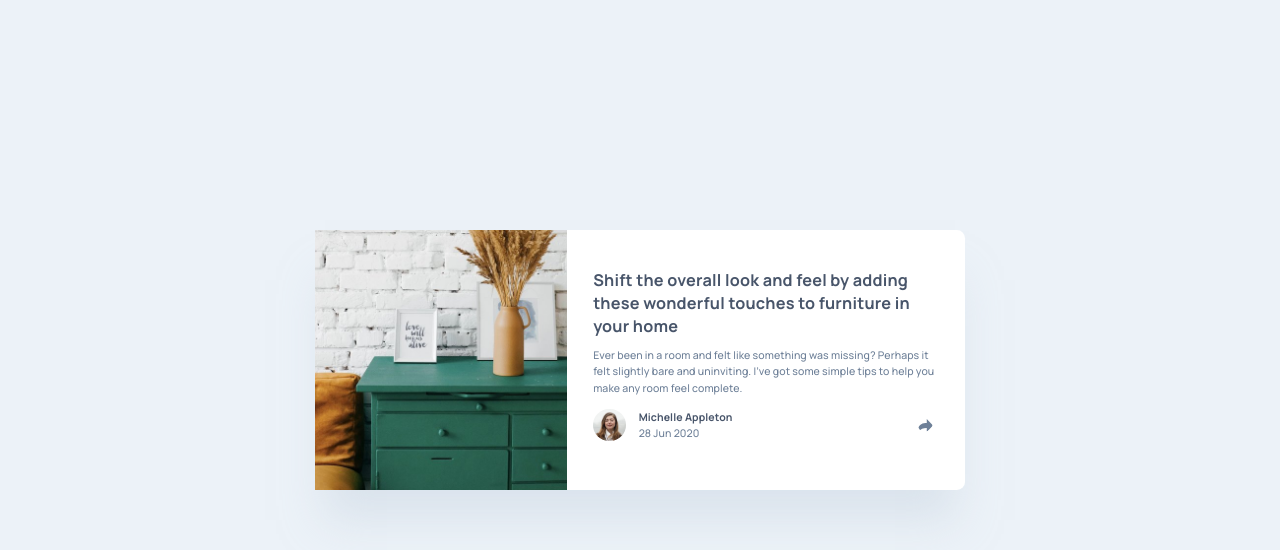
Repository: brandontaylor1/article-preview-component
Page: index.html
These files come from the project's save history. The page is drawn as it stood at one moment and after the next save; the edit follows.
The browser window is 1280 px wide. The pictures show the whole page.

Above is the page before, as saved 2025-01-15 20:57:21.

### index.html
<!DOCTYPE html>
<html lang="en">
<head>
    <meta charset="UTF-8">
    <meta name="viewport" content="width=device-width, initial-scale=1.0">
    <link rel="preconnect" href="https://fonts.googleapis.com">
    <link rel="preconnect" href="https://fonts.gstatic.com" crossorigin>
    <link href="https://fonts.googleapis.com/css2?family=Manrope:wght@200..800&display=swap" rel="stylesheet">
    <link rel="stylesheet" href="styles.css">
    <title>Article Preview Component</title>
</head>
<body>

    <div class="container">
        <main class="component">
            <div class="img-container">

            </div>
            <div class="component-content">
                <h2>Shift the overall look and feel by adding these wonderful touches to furniture in your home</h2>
                <p class="subheading">Ever been in a room and felt like something was missing? Perhaps it felt slightly bare and uninviting. I’ve got some simple tips to help you make any room feel complete.</p>
                    <div class="social-box">
                        <div class="social-info">
                            <img src="./assets/images/avatar-michelle.jpg" alt="Picture of User Michelle">
                            <div class="social-info-text">
                                <p>Michelle Appleton</p>
                                <p>28 Jun 2020</p>
                            </div>
                        </div>
                    <img src="./assets/images/icon-share.svg" class="share-btn" alt="Share Icon">

                    <div class="share-box closed-box">
                        <div class="share-box-details">
                            <p>SHARE</p>
                            <a href="www.facebook.com"><img src="./assets/images/icon-facebook.svg" alt="Facebook Icon"></a>
                            <a href="www.twitter.com"><img src="./assets/images/icon-twitter.svg" alt="Twitter Icon"></a>
                            <a href="www.pinterest.com"><img src="./assets/images/icon-pinterest.svg" alt="Pinterest Icon"></a>
                        </div>
                        <div class="triangle-down"></div>
                    </div>
                </div>
            </div>
        </main>
    </div>

    <script src="index.js"></script>
</body>
</html>

### styles.css
* {
    margin: 0;
    padding: 0;
    box-sizing: border-box;
}

:root {
    /* COLORS */
    --dark-grayish-blue: hsl(217, 19%, 35%);
    --desaturated-dark-blue: hsl(214, 17%, 51%, 1);
    --grayish-blue: hsl(212, 23%, 69%);
    --light-grayish-blue: hsl(210, 46%, 95%);
}

html {
    font-size: 13px;
}

body {
    font-family: 'Nunito', sans-serif;
    background-color: var(--light-grayish-blue);
}

/* UTILITY CLASS */
.active {
    background-color: var(--grayish-blue);
    color: white;
}

.open-box {
    display: flex;
}

.closed-box {
    display: none;
}

.container {
    height: 100vh;
    display: flex;
    justify-content: center;
    align-items: center;
}

.component {
    width: 50rem;
    height: 20rem;
    display: flex;
    align-items: center;
    justify-content: space-between;
    border-radius: 0.625rem;
    background: #FFF;
    box-shadow: 0px 40px 40px -10px rgba(201, 213, 225, 0.50);
    position: relative;
}

.img-container {
    width: 21.87rem;
    height: 100%;
    display: flex;
    justify-content: center;
    align-items: center;
    background-image: url('./assets/images/drawers.jpg');
    background-size: cover;
    background-position: left;
    background-repeat: no-repeat;
}

.component-content {
    width: 34rem;
    height: 18rem;
    padding: 2rem;
}

.component-content h2 {
    color: #48556A;
    font-family: Manrope;
    font-size: 1.25rem;
    font-style: normal;
    font-weight: 700;
    line-height: 1.75rem; /* 140% */
    letter-spacing: 0.01563rem;
    width: 100%;
}

.component-content p {
    color: #6E8098;
    font-family: Manrope;
    font-size: 0.8125rem;
    font-style: normal;
    font-weight: 500;
    line-height: 1.25rem; /* 153.846% */
    letter-spacing: 0.00763rem;
}

.subheading {
    margin-top: .75rem;
    color: #6E8098;
    font-family: Manrope;
    font-size: 0.8125rem;
    font-style: normal;
    font-weight: 500;
    line-height: 1.25rem; /* 153.846% */
    letter-spacing: 0.00763rem;
}

.social-box {
    display: flex;
    justify-content: space-between;
    align-items: center;
    width: 100%;
    margin-top: 1rem;
}

.social-info {
    display: flex;
    align-items: center;
    justify-content: center;

}

.social-info img {
    width: 2.5rem;
    height: 2.5rem;
    border-radius: 50%;
    margin-right: 1rem;
}

.social-info-text {
    display: flex;
    align-items: flex-start;
    justify-content: center;
    flex-direction: column;
}

.social-info-text p:nth-child(1){
    font-weight: 700;
    color: var(--dark-grayish-blue);
}

.share-btn {
    padding: .5rem;
    border-radius: 50%;
    cursor: pointer;
    position: relative;
}

.share-btn:hover {
    background-color: var(--dark-grayish-blue);
    color: #FFF;
}

.share-box {
    justify-content: center;
    align-items: center;
    height: 50px;
    width: 248px;
    background-color: #48556A;
    position: absolute;
    bottom: 80px;
    right: -85px;
    border-radius: 10px;
    transition: all 0.3s ease;
}


.share-box-details {
    color: #166ed2;
    font-family: "Manrope", sans-serif;
    font-size: 13px;
    font-style: normal;
    font-weight: 500;
    line-height: 20px; /* 153.846% */
    letter-spacing: 5px;
    display: flex;
    align-items: center;
    justify-content: space-between;
    width: 75%;
    z-index: 1;
}

.share-box-details p  {
    color: #9DAEC2;
    font-family: Manrope;
    font-size: 12px;
    font-style: normal;
    font-weight: 500;
    line-height: 20px; /* 153.846% */
    letter-spacing: 5px;
}

.share-box-details img {
    height: 15px;
    width: 15px;
    cursor: pointer;
}

.triangle-down {
    width: 0;
    height: 0;
    border-left: 20px solid transparent;
    border-right: 20px solid transparent;
    border-top: 20px solid #48556A;
    position: absolute;
    bottom: -10px;
    z-index: 0;

}

/* Media Queries */
@media screen and (max-width: 626px) {

    .component {
        flex-direction: column;
        height: 32rem;
        width: 20rem;
    }

    .component .elevated {
        height: 35rem;
    }

    .img-container {
        width: 100%;
        height: 50%;
    }

    .component-content {
        width: 100%;
        padding: 1.5rem;

    }

    .component-content h2 {
        color: #48556A;
        font-family: Manrope;
        font-size: 1rem;
        font-style: normal;
        font-weight: 700;
        line-height: 1.5rem; /* 150% */
        letter-spacing: 0.0125rem;
    }

    .component-content p {
        color: #6E8098;
        font-family: Manrope;
        font-size: 0.8125rem;
        font-style: normal;
        font-weight: 500;
        line-height: 1.25rem; /* 153.846% */
        letter-spacing: 0.00763rem;
    }

    .social-box {
        margin-top: 2rem;
    }

    .share-box {
        height: 50px;
        width: 248px;
        background-color: #48556A;
        bottom: 0;
        left: 0;
        width: 100%;
        transition: all 0.3s ease;
        border-radius: 0px 0px 10px 10px;
    }

    .share-box-details p  {
        color: #9DAEC2;
        font-family: Manrope;
        font-size: 12px;
        font-style: normal;
        font-weight: 500;
        line-height: 20px; /* 153.846% */
        letter-spacing: 5px;
    }

    .triangle-down {
        display: none;
    }
}

### index.js
const shareBtn = document.querySelector('.share-btn')
const shareBox = document.querySelector('.share-box')
const component = document.querySelector('.component-content')

shareBtn.addEventListener('click', () => {
    console.log("Clicked")
    shareBox.classList.toggle('closed-box');
    shareBox.classList.toggle('open-box');
    component.classList.toggle('elevated');
})

After the next save:
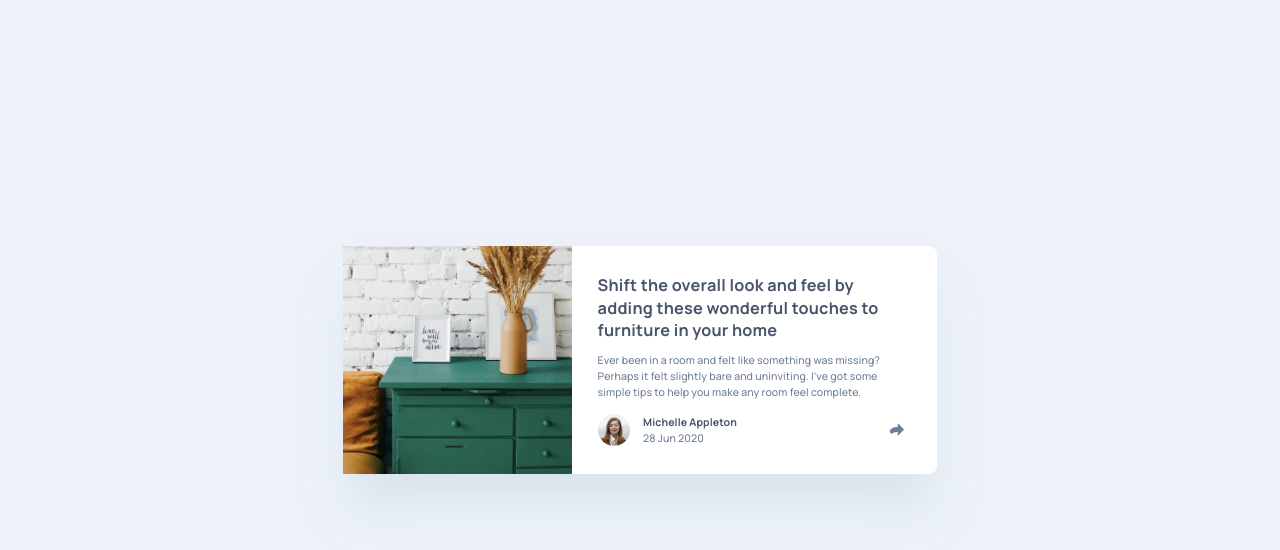
Saved 10 s later.
--- a/styles.css
+++ b/styles.css
@@ -43,8 +43,8 @@ body {
 }
 
 .component {
-    width: 50rem;
-    height: 20rem;
+    width: 45.625rem;
+    height: 17.5rem;
     display: flex;
     align-items: center;
     justify-content: space-between;
@@ -68,7 +68,6 @@ body {
 
 .component-content {
     width: 34rem;
-    height: 18rem;
     padding: 2rem;
 }
 
